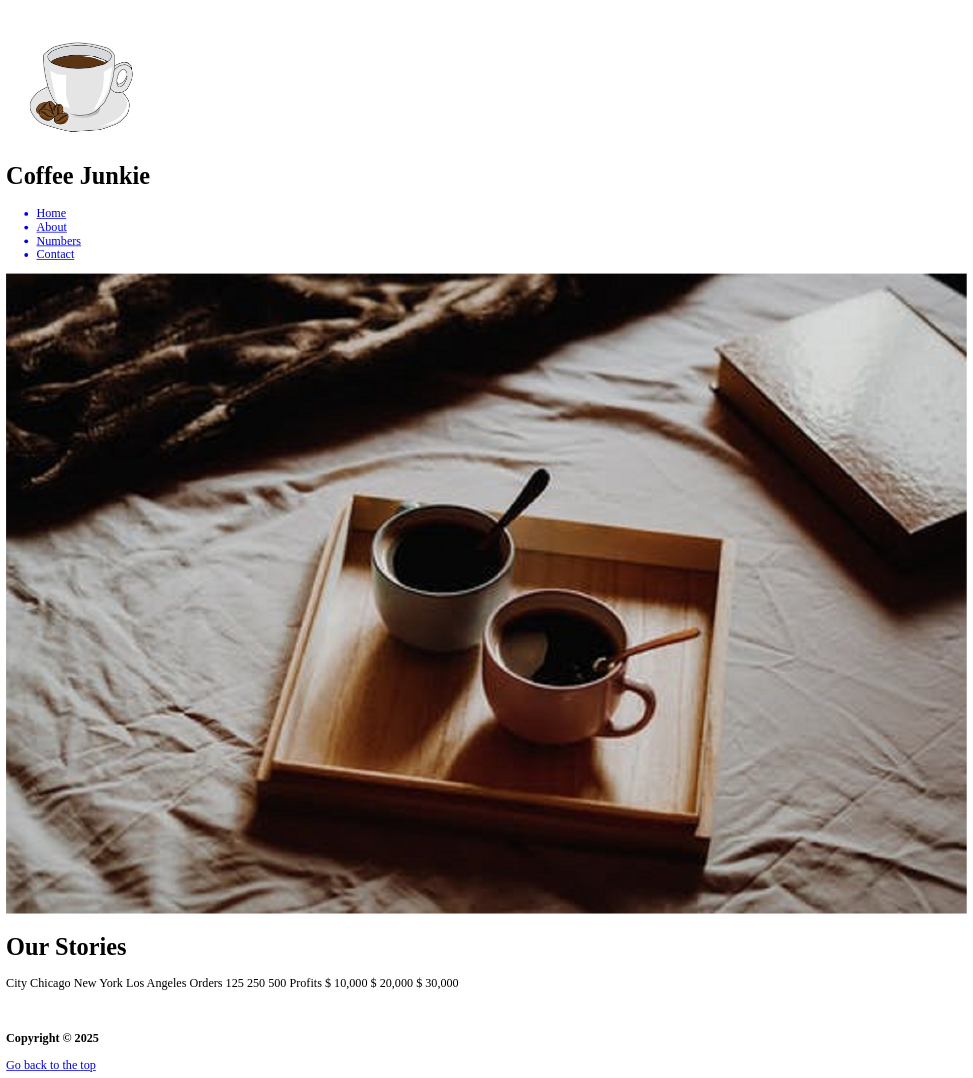
Repository: Tranghii/HTML-CSS
Page: HTML&CSS/miniExercise/number.html
An editor plug-in stored every save of this project. The page is shown before and after the next save, followed by the edit.
The browser window is 1280 px wide. The pictures show the whole page, at 76% of full size.

Above is the page before, as saved 2025-10-11 21:57:45.

### HTML&CSS/miniExercise/number.html
<!DOCTYPE html>
<html lang="en">
<head>
    <meta charset="UTF-8">
    <meta name="viewport" content="width=device-width, initial-scale=1.0">
    <title>Coffee Junkie Numbers</title>
</head>
<body>
    <div>
        <img id="top" src="images/coffeelogo.png" height="180" alt="coffee">
        <h1>Coffee Junkie</h1>
        <ul>
            <a href="index.html"><li>Home</li></a>
            <a href="about.html"><li>About</li></a>
            <a href="#"><li>Numbers</li></a>
            <a href="contact.html"><li>Contact</li></a>
        </ul>
        <img src="images/coffeeimage.jpeg" width="100%" alt="coffee">

        <div id="about">
                <h1>Our Stories</h1>
                <table style="border:2px solid blue; border:2px; border-spacing: 25px; "></table>
                    <thead>
                        <tr>
                            <th>City</th>
                            <th>Chicago</th>
                            <th>New York</th>
                            <th>Los Angeles</th>
                        </tr>
                    </thead>
                    <tbody>
                        <tr>
                            <td>Orders</td>
                            <td>125</td>
                            <td>250</td>
                            <td>500</td>
                        </tr>
                        <tr>
                            <td>Profits</td>
                            <td>$ 10,000</td>
                            <td>$ 20,000</td>
                            <td>$ 30,000</td>
                        </tr>
                    </tbody>
                </table>
                <br><br><br><br>


            <strong>Copyright &copy; 2025</strong><br><br>
            <a href="#top">Go back to the top</a>
        </div>
    </div>


</body>
</html>

After the next save:
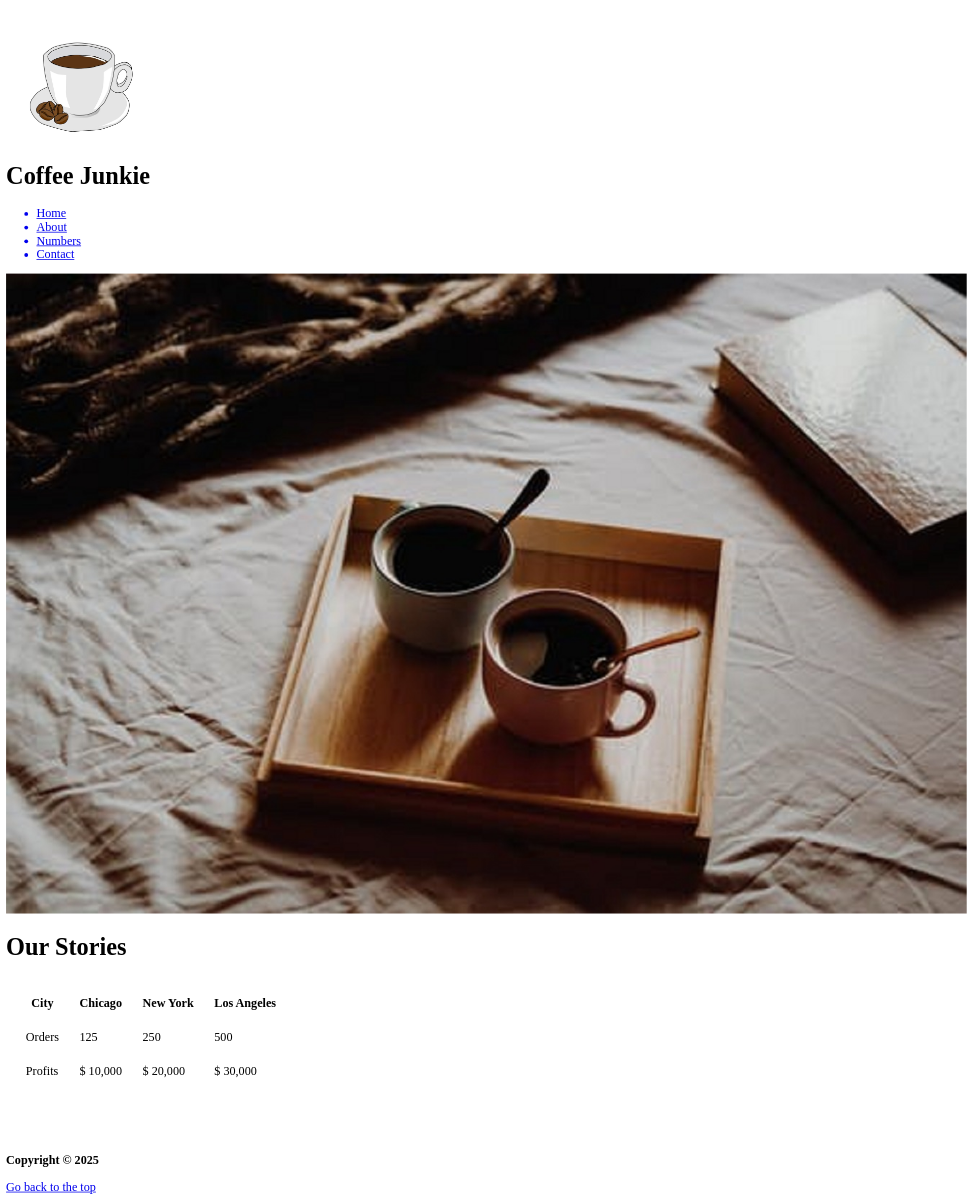
Saved 9 s later.
--- a/HTML&CSS/miniExercise/number.html
+++ b/HTML&CSS/miniExercise/number.html
@@ -19,7 +19,7 @@
 
         <div id="about">
                 <h1>Our Stories</h1>
-                <table style="border:2px solid blue; border:2px; border-spacing: 25px; "></table>
+                <table style="border:2px solid blue; border:2px; border-spacing: 25px; ">
                     <thead>
                         <tr>
                             <th>City</th>
